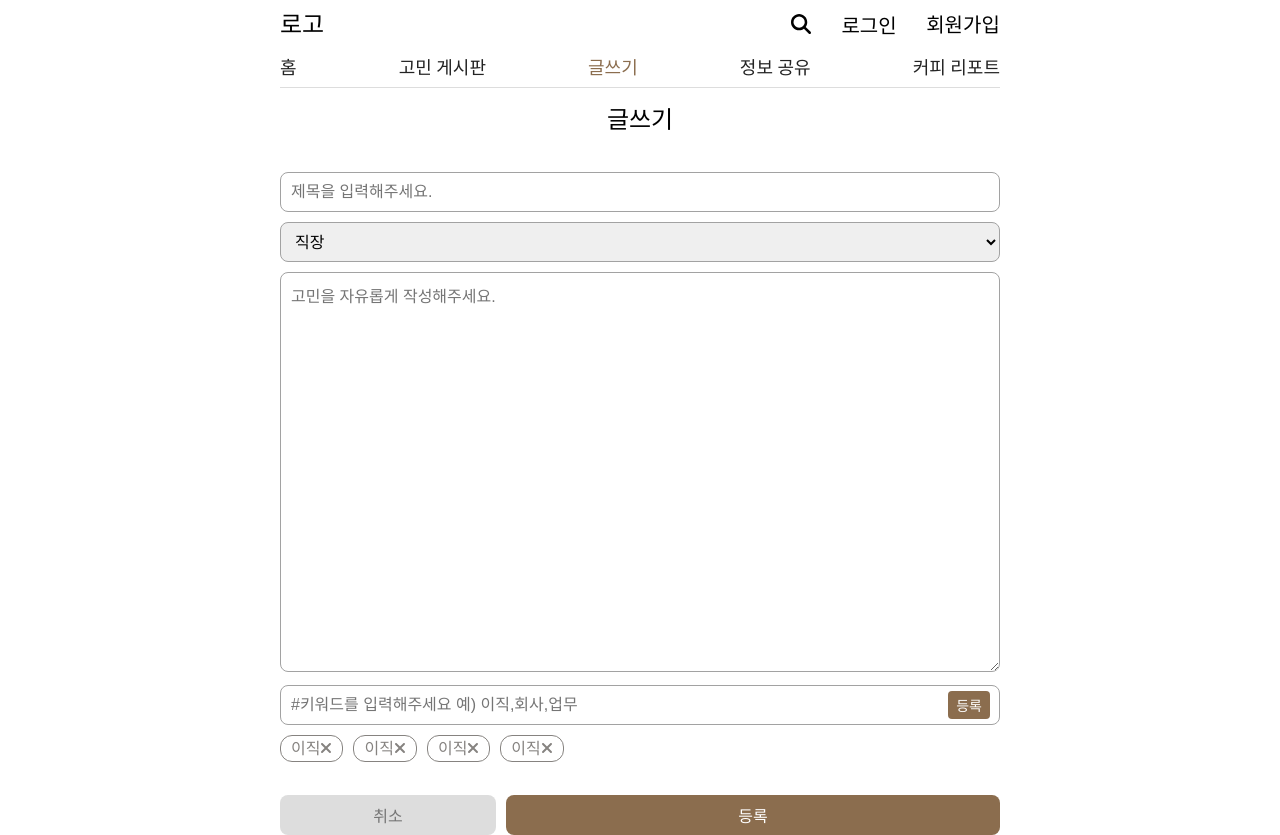
Repository: zlazlazla35/coffee
Page: /writing
The author's editor kept a copy of each file at every save. The page is drawn from the files as they stood at one save, then again after the next save.
The browser window is 1280 px wide. The pictures show the whole page.
The page's requests for data from a server got no answer. Some web fonts or font styles are not loaded; a fallback is used. The project was rebuilt for these pictures with package versions that can differ from the ones it lists, and the page was loaded fresh each time. The framework's server and built-in components were replaced by stand-ins that run in the browser. No one was signed in, and anything a server would have sent is missing. Also part of the build but not shown: next.config.mjs, src/app/LogOutButton.js.

Above is the page before, as saved 2025-01-08 17:42:09.

After the next save:
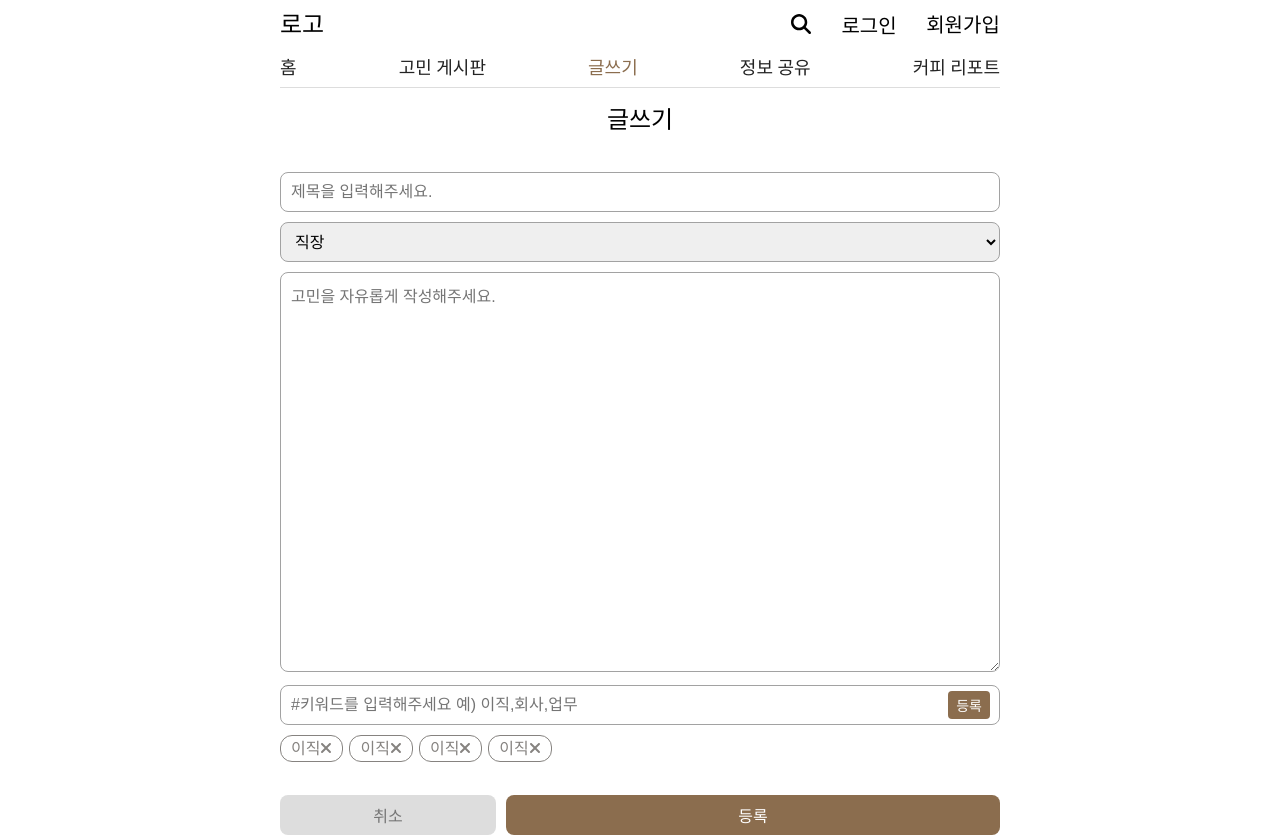
Saved 4 s later.
--- a/src/app/globals.css
+++ b/src/app/globals.css
@@ -123,4 +123,4 @@ select {font-family: 'NanumSquare', sans-serif !important; outline: none !import
 .writing .keyWord_box {position: relative; margin-bottom: 10px;}
 .writing .keyWord_box .keyWord_btn{position: absolute; right: 10px; top: 50%; transform: translateY(-50%); margin: 0; padding: 4px 8px; background: #8b6d4e; color: #fff; font-size: 14px; border: none; border-radius: 4px;}
 .writing .keyWord_tag {width: 100%; float: left;}
-.writing .keyWord_tag li { float: left; display: inline-block; border: 1px solid #868380; color: #868380; box-sizing: border-box; padding: 4px 10px; border-radius: 12px; margin-right: 10px;}
+.writing .keyWord_tag li { float: left; display: inline-block; border: 1px solid #868380; color: #868380; box-sizing: border-box; padding: 4px 10px; border-radius: 12px; margin-right: 6px;}
